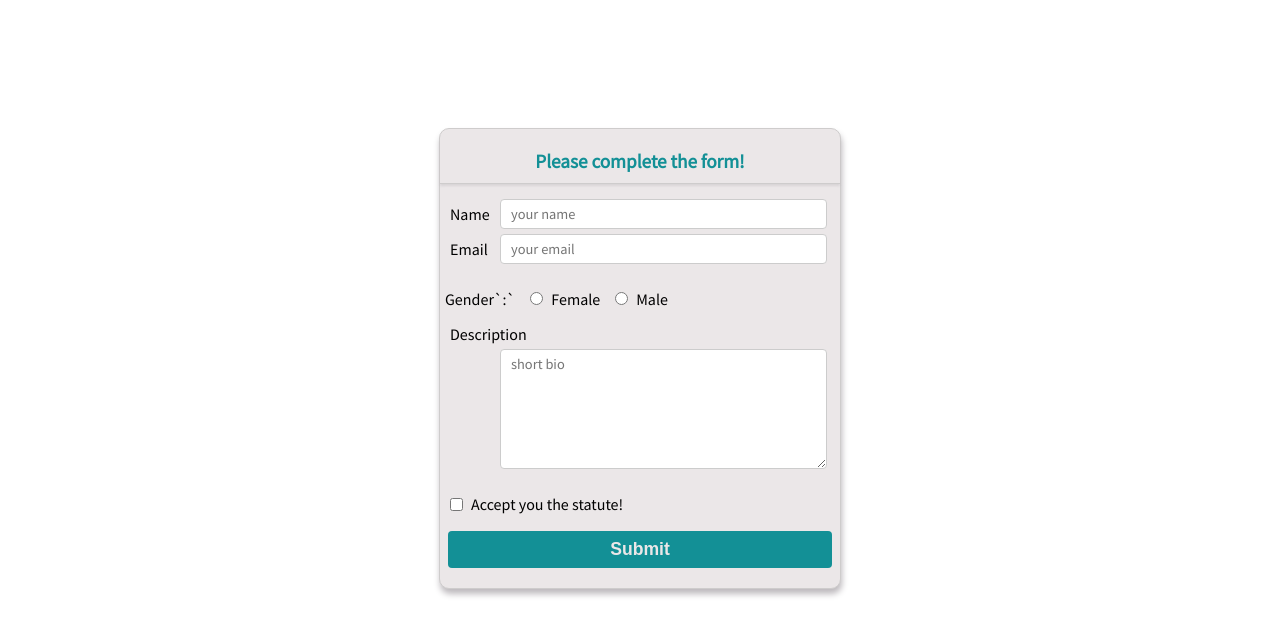
Repository: KrzysKolo/sr_tydzien4_zad2
Page: /
An editor plug-in stored every save of this project. The page is shown before and after the next save, followed by the edit.
The browser window is 1280 px wide. The pictures show the whole page.
The project was rebuilt for these pictures with package versions that can differ from the ones it lists, and the page was loaded fresh each time. Also part of the build but not shown: src/components/formComponents/ErrorMessage.js, src/components/formComponents/Message.js.

Above is the page before, as saved 2020-11-28 00:41:25.

### src/index.css
@import url("https://fonts.googleapis.com/css?family=Source+Sans+Pro");
body {
  margin: 0;
  font-family: "Source Sans Pro", sans-serif;
}

code {
  font-family: source-code-pro, Menlo, Monaco, Consolas, "Courier New",
    monospace;
}

### src/App.js
import React from 'react'
import Form from './components/Form';

function App() {
  return (
    <div>
      <Form />
    </div>
  )
}

export default App

### src/components/Form.js
import React, { Component } from 'react';
import {Input, TextArea, Checkbox, Radio, Button, Header, Message } from './formComponents/';
import radioOptions from './data/RadioOptions';
import styled from 'styled-components';

const ContainerForm = styled.form`
width: 80%;
max-width: 400px;
background: rgb(235, 231, 232);
border: 1px solid rgb(206, 204, 204);
border-radius: 10px;
box-shadow: 1px 5px 6px rgb(189, 185, 189);
margin: 10% auto;
`;

class Form extends Component {

state = {
    Name: '',
    Email: '',
    Description: '',
    accept: false,
    Gender: '',
    message: '',
    errors: {
        Name: false,
        Email: false,
        Description: false,
        accept: false,
        Gender: false,
        }
}
message = {
    Name_incorrect: "The name must be longer than 5 characters and cannot contain spaces!",
    Email_incorrect: "Email address does not contain @ or has spaces!",
    Description_incorrect: "The description must contain at least 3 characters and max 150 characters!",
    accept_incorrect: "You must confirm the statute!",
    Gender_incorrect: "Specify your gender!",
}

handleChange = e =>{
    const inputName = e.target.name;
    const value = e.target.value;
    this.setState(prev => ({...prev, [inputName]: value}))
}
onSubmit = e => {
    e.preventDefault();
    const validation = this.formValidation();
    if(validation.correct) {
      this.setState({
        Name: "",
        Email: "",
        Description: '',
        accept: false,
        Gender: '',
        message: "The form has been submitted!",
        errors: {
          Name: false,
          Email: false,
          Description: false,
          accept: false,
          Gender: false,
        }
      })

    } else {
      this.setState({
        errors: {
          Name: !validation.Name,
          Email: !validation.Email,
          Description: !validation.Description,
          accept: !validation.accept,
          Gender: !validation.Gender,
        }
      })
    }
}

formValidation = () => {
    let Name = false;
    let Email = false;
    let Description = false;
    let accept = false;
    let Gender = false;
    let correct = false;
    if(this.state.Name.length > 5) {
      Name = true;
    }
    if(this.state.Email.indexOf('@') !== -1 && this.state.Email.lastIndexOf(' ') === -1) {
      Email = true;
    }
    if(this.state.Description.length >= 3 && this.state.Description.length <= 150) {
      Description = true;
    }
    if(this.state.accept) {
      accept = true;
    }
    if(this.state.Gender) {
      Gender = true;
    }
    if (Name && Email && Description && accept && Gender){
        correct = true;
      }
   return ({
      Name,
      Email,
      Description,
      accept,
      Gender,
      correct,
    })
  }
  componentDidUpdate() {
   if (this.state.message !== '') {
      setTimeout(() => this.setState({
        message: ''
      }), 3000)
    }
  }
    render () {

    return (
        <ContainerForm onSubmit={this.onSubmit} noValidate>
          <Header />
          <Input type="text" placeholder="your name" value={this.state.Name} name="Name" onChange={this.handleChange} errorInfo={this.state.errors.Name} message={this.message.Name_incorrect} />
          <Input type="email" placeholder="your email" value={this.state.Email} name="Email" onChange={this.handleChange} errorInfo={this.state.errors.Email} message={this.message.Email_incorrect} />
          <Radio type="radio" name="Gender" options={radioOptions} onChange={this.handleChange} errorInfo={this.state.errors.Gender} message={this.message.Gender_incorrect}/>
          <TextArea  rows="6" placeholder="short bio" value={this.state.Description} name="Description" onChange={this.handleChange} errorInfo={this.state.errors.Description} message={this.message.Description_incorrect} />
          <Checkbox  type="checkbox" name="accept" checked={this.state.accept}  onChange={this.handleChange} errorInfo={this.state.errors.accept} message={this.message.accept_incorrect} />
          <Button type="submit" />
          {this.state.message && <Message message={this.state.message} /> }
        </ContainerForm>
    )
    }
}

export default Form

### src/components/formComponents/index.js
export { default as Button } from './Button';
export { default as Checkbox } from './Checkbox';
export { default as ErrorMessage } from './ErrorMessage';
export { default as Header } from './Header';
export { default as Input } from './Input';
export { default as Message } from './Message';
export { default as Radio } from './Radio';
export { default as TextArea } from './TextArea';

### src/components/data/RadioOptions.js
const RadioOptions=[
    { id: 0, value: "female", label: 'Female' },
    { id: 1, value: "male", label: 'Male' },


];
export default RadioOptions;

### src/components/formComponents/Button.js
import React from 'react'
import styled from 'styled-components';

const BtnSubmit = styled.button`
    background: rgb(19, 144, 150);
    border: none;
    border-radius: 4px;
    color: rgb(235, 231, 232);
    cursor: pointer;
    display: block;
    font-size: 1.1rem;
    font-weight: 700;
    margin: 5% auto;
    outline: none;
    padding: 8px 0;
    transition: all 0.3s ease-in-out;
    width: 96%;
    &:hover {
        background: transparent;
        border: 1px solid rgba(19, 144, 150, 0.3);
        box-shadow: inset 3px -3px 5px rgba(19, 144, 150, 0.2);
        color: rgb(19, 144, 150);
    }

`;

const Button = () => {
    return (
        <BtnSubmit>Submit</BtnSubmit>
    )
}

export default Button;

### src/components/formComponents/Checkbox.js
import React from 'react'
import styled from 'styled-components';
import ErrorMessage from './ErrorMessage';

const CheckboxDiv = styled.div`
    display: flex;
    flex-direction: row;
    align-items: center;
    margin-bottom: -8px;
    margin-top: 5%;

`;
const CheckboxLabel = styled.label`
    font-size: 1rem;
    padding: 5px;
`;

const CheckboxError = styled.input`
    margin-left: 10px;
`;

const Checkbox = (props) => {
    const { name, message, errorInfo }= props;
    return (
        <>
            <CheckboxDiv>
                <CheckboxError id={name} {...props} errorInfo={errorInfo} message={message}/>
                <CheckboxLabel htmlFor={name}> Accept you the statute! </CheckboxLabel>
            </CheckboxDiv>
            {errorInfo && <ErrorMessage message={message} /> }
        </>
    )

}

export default Checkbox;

### src/components/formComponents/Header.js
import React from 'react';
import styled from 'styled-components';

const HeaderTitle = styled.header`
    border-bottom: 1px solid rgb(206, 204, 204);
    box-shadow: 0 2px 2px rgba(189, 185, 189, 0.4);
    color: rgb(19, 144, 150);
    font-size: 1.2rem;
    font-weight: 900;
    padding: 10px;
    margin: 10px auto;
    text-align: center;

`;

const Header = () => {
    return (
        <HeaderTitle>
            Please complete the form!
        </HeaderTitle>
    )
}

export default Header;

### src/components/formComponents/Input.js
import React from 'react'
import styled from 'styled-components';
import ErrorMessage from './ErrorMessage';
const InputDiv = styled.div`
    display: flex;
    flex-direction: row;
    align-content: center;
    margin: 0 auto;
    padding-top: 5px;
`;
const InputLabel = styled.label`
    width: 10%;
    font-size: 1rem;
    padding: 5px 10px;
`;
const inputStyles = errorInfo => `
    width: 80%;
    max-width: 305px;
    padding: 5px 10px;
    border: 1px solid ${errorInfo ? '#d3170d' : '#ccc'};
    border-radius: 4px;
    font-family: inherit;
    font-size: 0.9rem;
`;
const InputError = styled.input`
    ${props => inputStyles(props.errorInfo)}
`;

const TextArea = (props) => {
    const { name, message, errorInfo }= props;
    return (
        <>
            <InputDiv>
                <InputLabel htmlFor={name} >{name} </InputLabel>
                <InputError id={name} {...props} errorInfo={errorInfo} message={message}/>
            </InputDiv>
            {errorInfo && <ErrorMessage message={message} /> }
        </>
    )

}

export default TextArea;

### src/components/formComponents/Radio.js
import React from 'react'
import styled from 'styled-components';
import ErrorMessage from './ErrorMessage';

const RadioDiv = styled.div`
    display: flex;
    flex-direction: row;
    align-items: center;
    margin-top: 5%;
`;
const RadioLabel = styled.label`
    font-size: 1rem;
    padding: 5px;
`;

const RadioError = styled.input`
    margin-left: 10px;
`;

const Checkbox = (props) => {
    const { name,  message, errorInfo, options }= props;
    return (
        <>
            <RadioDiv>
                <RadioLabel>{name}`:`</RadioLabel>
              {options.map(option =>
                <div key={option.id}>
                    <RadioError id={option.id} name={name} {...props} errorInfo={errorInfo} message={message} />
                    <RadioLabel htmlFor={option.id}>{option.label}</RadioLabel>
                </div>)}
             </RadioDiv>
            {errorInfo && <ErrorMessage message={message} /> }
        </>

    )

}

export default Checkbox;

### src/components/formComponents/TextArea.js
import React from 'react'
import styled from 'styled-components';
import ErrorMessage from './ErrorMessage';

const TextAreaDiv = styled.div`
    display: flex;
    flex-direction: column;
    align-content: center;
    margin: 0 auto;
    padding-top: 5px;

`;
const TextAreaLabel = styled.label`
    width: 10%;
    font-size: 1rem;
    padding: 5px 10px;
`;
const textAreaStyles = errorInfo => `
    width: 80%;
    max-width: 305px;
    margin: 0 auto 0 15%;
    padding: 5px 10px;
    border: 1px solid ${errorInfo ? '#d3170d' : '#ccc'};
    border-radius: 4px;
    font-family: inherit;
    font-size: 0.9rem;

`;
const TextAreaError = styled.textarea`
    ${props => textAreaStyles(props.errorInfo)}
`;

const Input = (props) => {
    const { name, message, errorInfo }= props;
    return (
        <>
            <TextAreaDiv>
                <TextAreaLabel htmlFor={name}>{name} </TextAreaLabel>
                <TextAreaError id={name} {...props} errorInfo={errorInfo} message={message}/>
            </TextAreaDiv>
            {errorInfo && <ErrorMessage message={message} /> }
        </>
    )

}

export default Input;

Loaded but not shown: public/index.html (common file); src/index.js (common file)

After the next save:
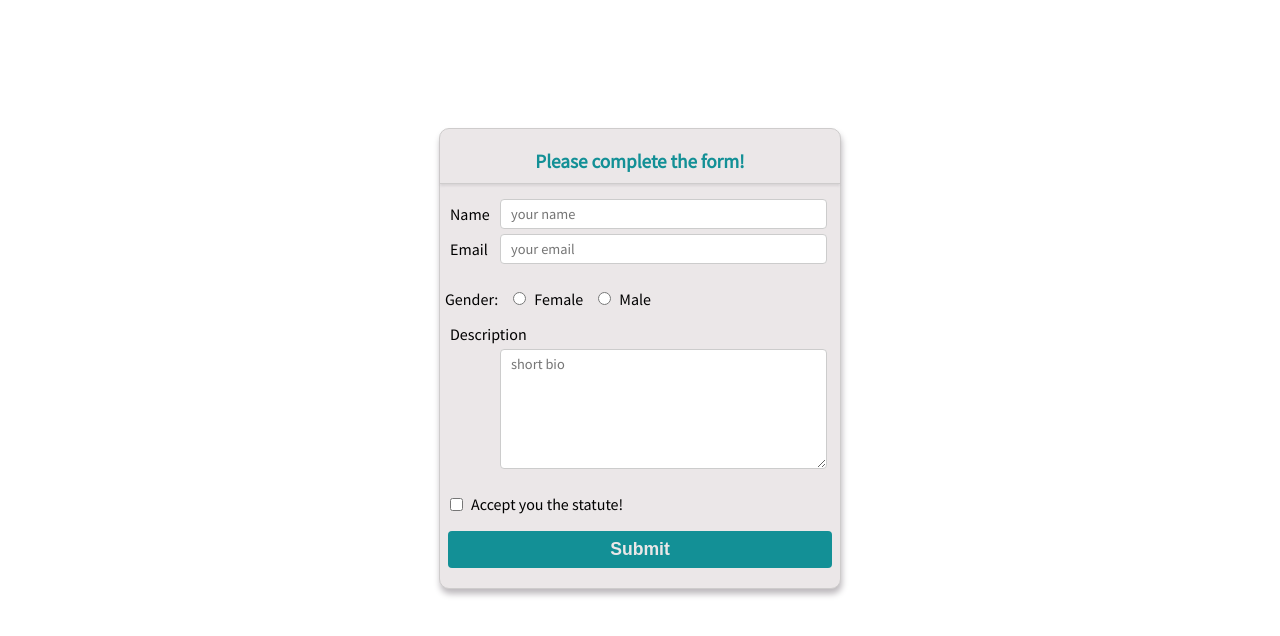
Saved 15 s later.
--- a/src/components/formComponents/Radio.js
+++ b/src/components/formComponents/Radio.js
@@ -22,7 +22,7 @@ const Checkbox = (props) => {
     return (
         <>
             <RadioDiv>
-                <RadioLabel>{name}`:`</RadioLabel>
+                <RadioLabel>{name}:</RadioLabel>
               {options.map(option =>
                 <div key={option.id}>
                     <RadioError id={option.id} name={name} {...props} errorInfo={errorInfo} message={message} />
